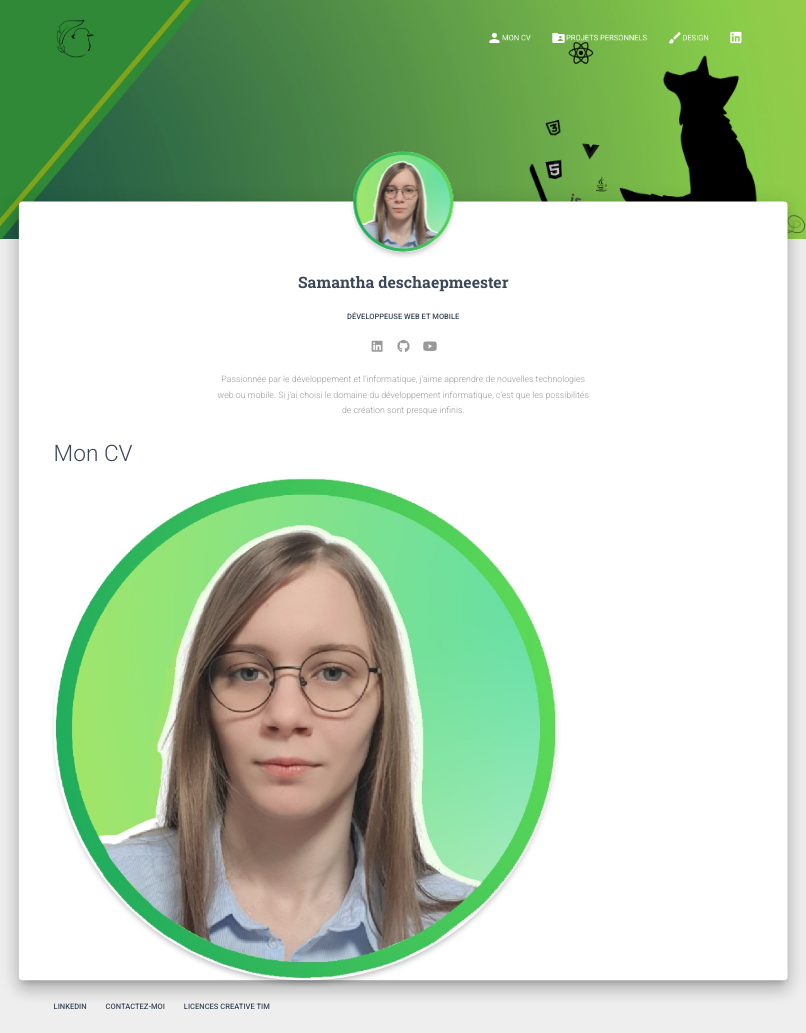
Repository: sdeschaepmeester/NewPortfolio
Page: /#/cv
These files come from the project's save history. The page is drawn as it stood at one moment and after the next save; the edit follows.
The browser window is 1280 px wide. The pictures show the whole page, at 63% of full size.
Some web libraries are served in a nearby version. The project was rebuilt for these pictures with package versions that can differ from the ones it lists, and the page was loaded fresh each time. Also part of the build but not shown: vue.config.js, src/views/components/APropos.vue, src/views/components/NavigationSection.vue, src/views/components/SmallNavigationSection.vue, src/components/Dropdown.vue, src/components/Pagination.vue, src/components/Slider.vue, src/components/Badge.vue and 13 more.

Above is the page before, as saved 2022-07-08 10:52:48.

After the next save:
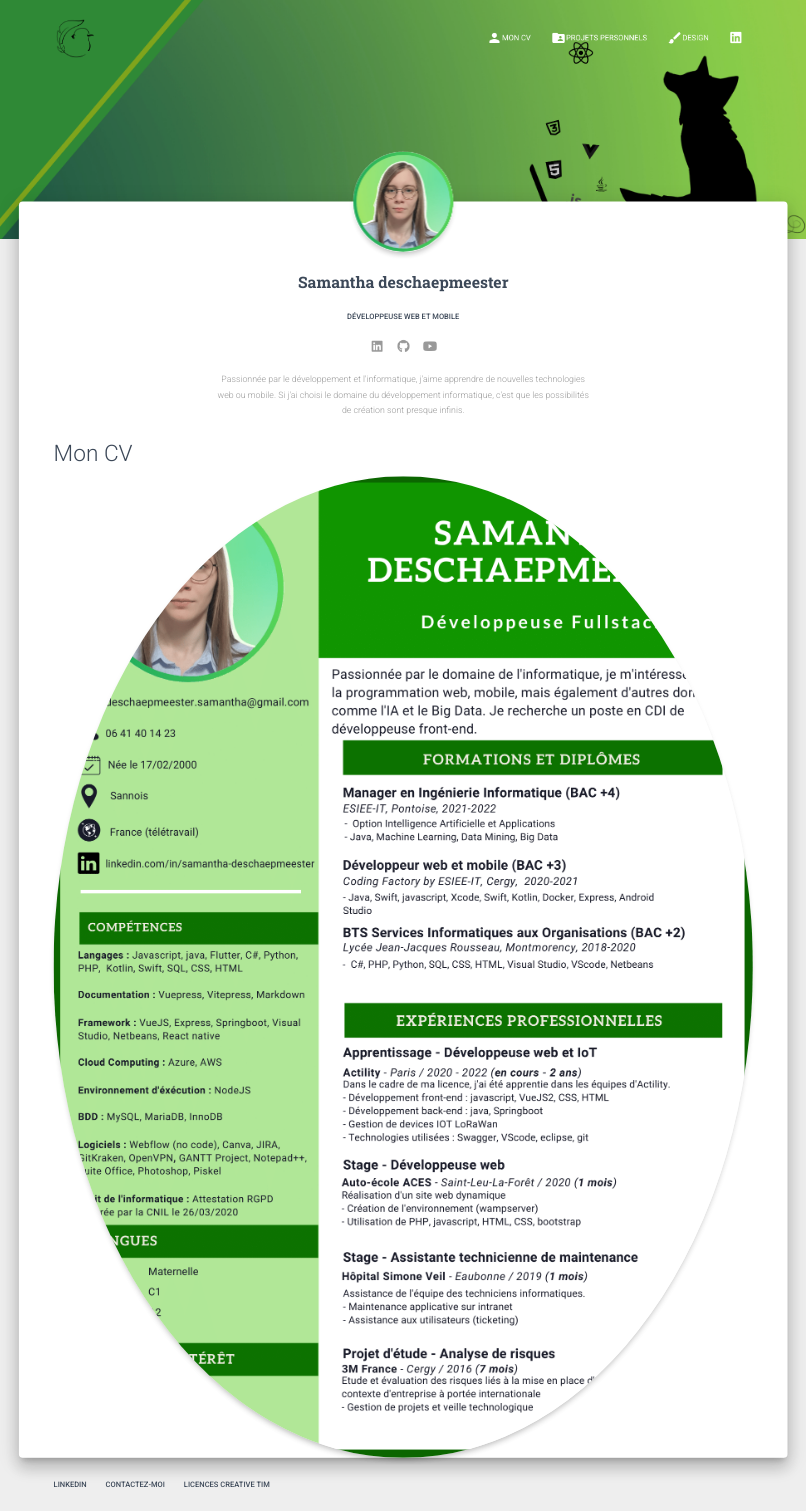
Saved 11 s later.
--- a/src/views/CV.vue
+++ b/src/views/CV.vue
@@ -46,7 +46,7 @@
           <div>
             <h2> Mon CV</h2>
             <img
-                :src="img"
+                :src="cvimg"
                 alt="Retrouvez mon CV ici : https://www.linkedin.com/in/samantha-deschaepmeester/"
                 class="img-raised rounded-circle img-fluid"
             />
